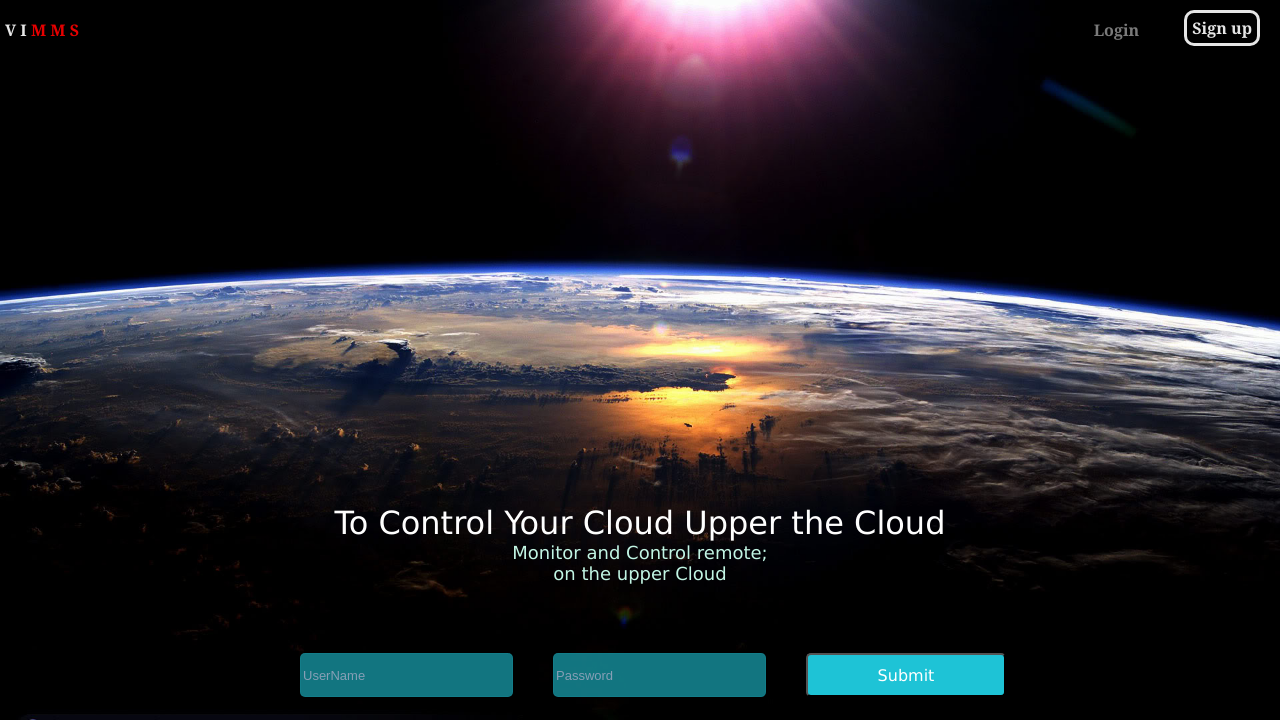
Repository: Freshield/GAEJSP
Page: GAEtesting/war/index.html
The author's editor kept a copy of each file at every save. The page is drawn from the files as they stood at one save, then again after the next save.
The browser window is 1280 px wide. The pictures show the whole page.

Above is the page before, as saved 2016-03-31 01:44:31.

After the next save:
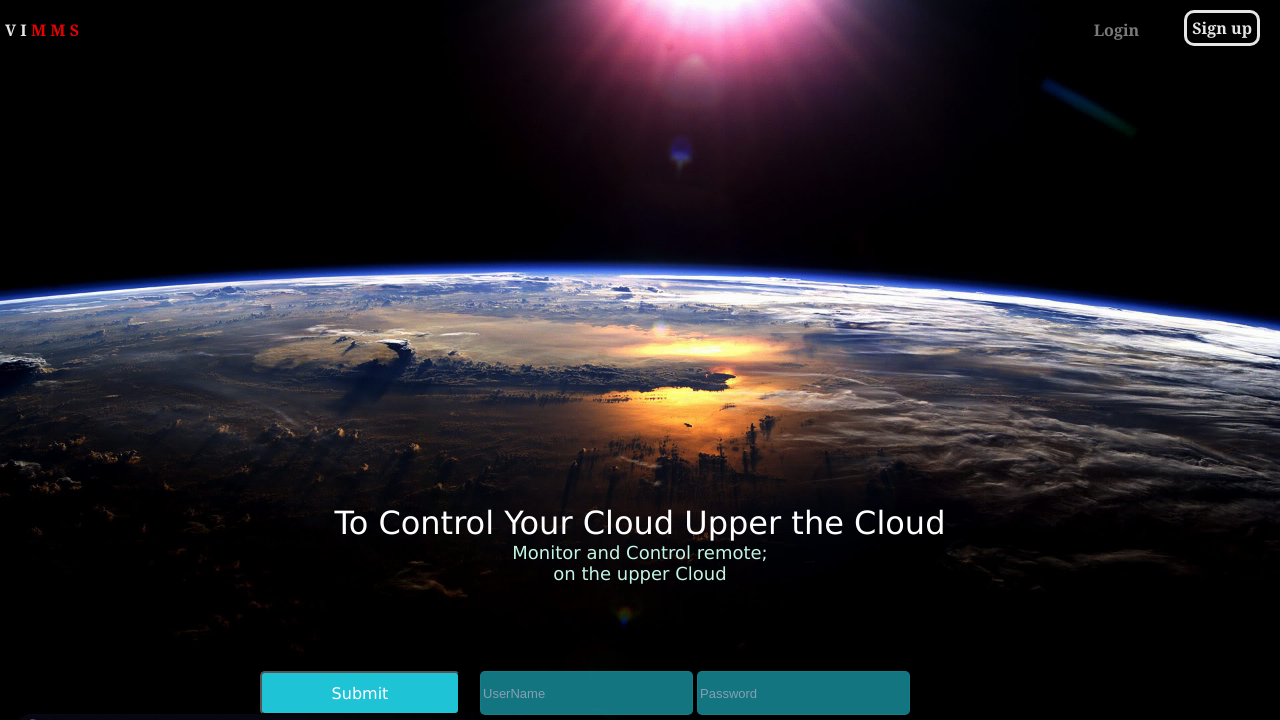
Saved 112 s later.
--- a/GAEtesting/war/index.html
+++ b/GAEtesting/war/index.html
@@ -174,15 +174,15 @@
     <span id="LOWSLOGEN">Monitor and Control remote;<br>on the upper Cloud</span>
 </div>
 <div id="SIGNIN">
-    <div id="USERNAME">
+	<form action="/Redirction.do" method="post">
         <input id="usernametext" name="username" type="text" placeholder="UserName"
         onkeypress="if(event.keyCode==13) {signin();return false;}">
-    </div>
-    <div id="PASSWORD">
         <input id="passwordtext" name="password" type="password" placeholder="Password"
         onkeypress="if(event.keyCode==13) {signin();return false;}">
-    </div>
     <input id="CONNECT" type="submit" >To Site
+
+	</form>
+
 </div>
 
 <script type="text/javascript">
